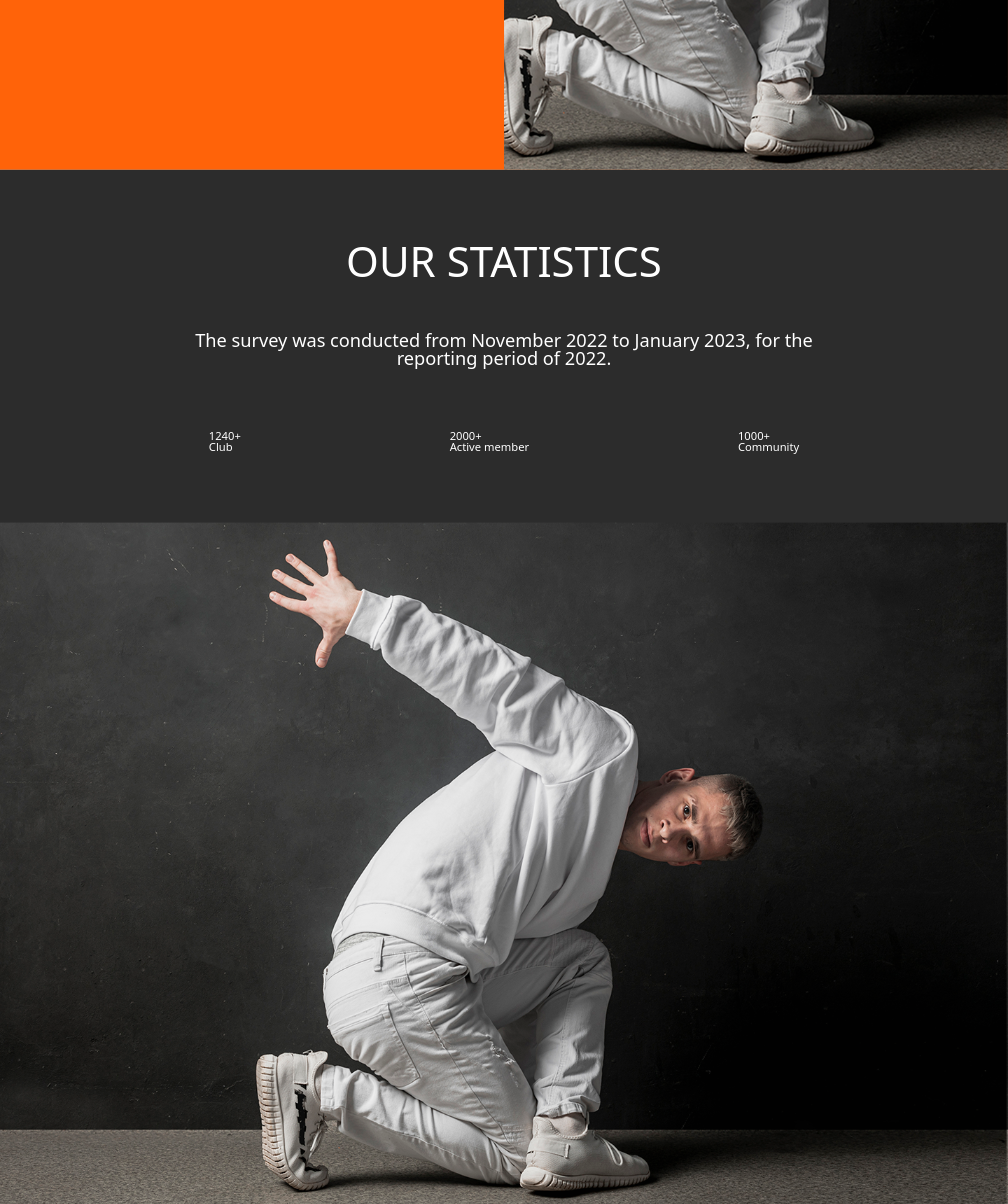
Repository: KinD2704/Web-University
Page: Bai30/index.html
The author's editor kept a copy of each file at every save. The page is drawn from the files as they stood at one save, then again after the next save.
The browser window is 1280 px wide. The page is 1440 px wide, so the pictures cover 1440 px, including what lies to the right of the window. The pictures show the part of the page from y = 4432 to 6152 px (the page is 6152 px tall), at 70% of full size.

Above is the page before, as saved 2023-12-23 22:19:35.

After the next save:
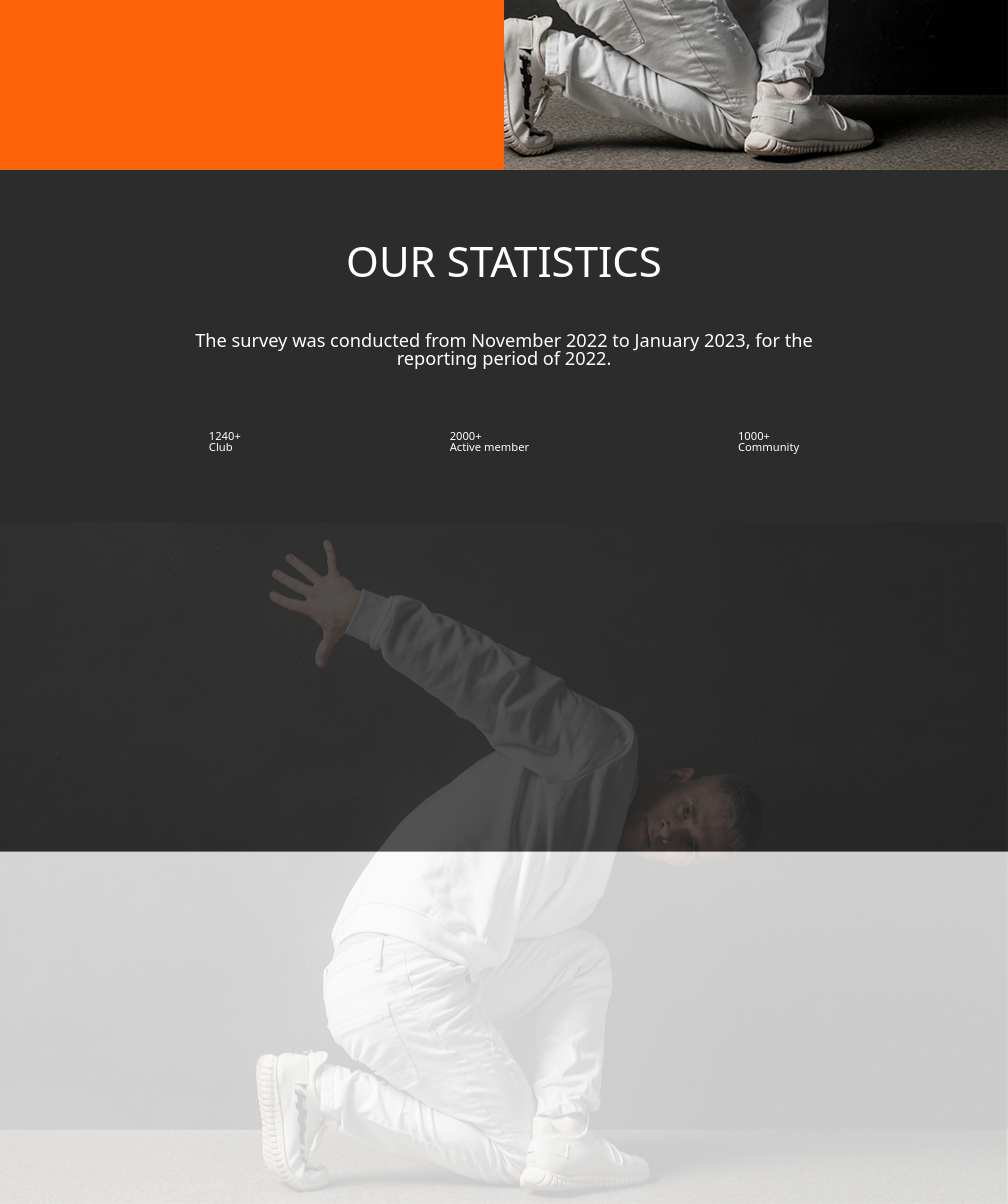
Saved 16 s later.
--- a/Bai30/css/styles.css
+++ b/Bai30/css/styles.css
@@ -209,9 +209,10 @@
 /* Banner 7 */
 .banner7 {
     background-image: url("../img/banner7.png");
+    opacity: 0.2;
     height: 974px;
 }
 .banner7-1 {
-    background-image: url("../img/banner7-1.png") !important;
-    height: 974px;
-}
+    background-image: url("../img/banner7-1.png");
+    height: 974px;
+}

After the save that followed:
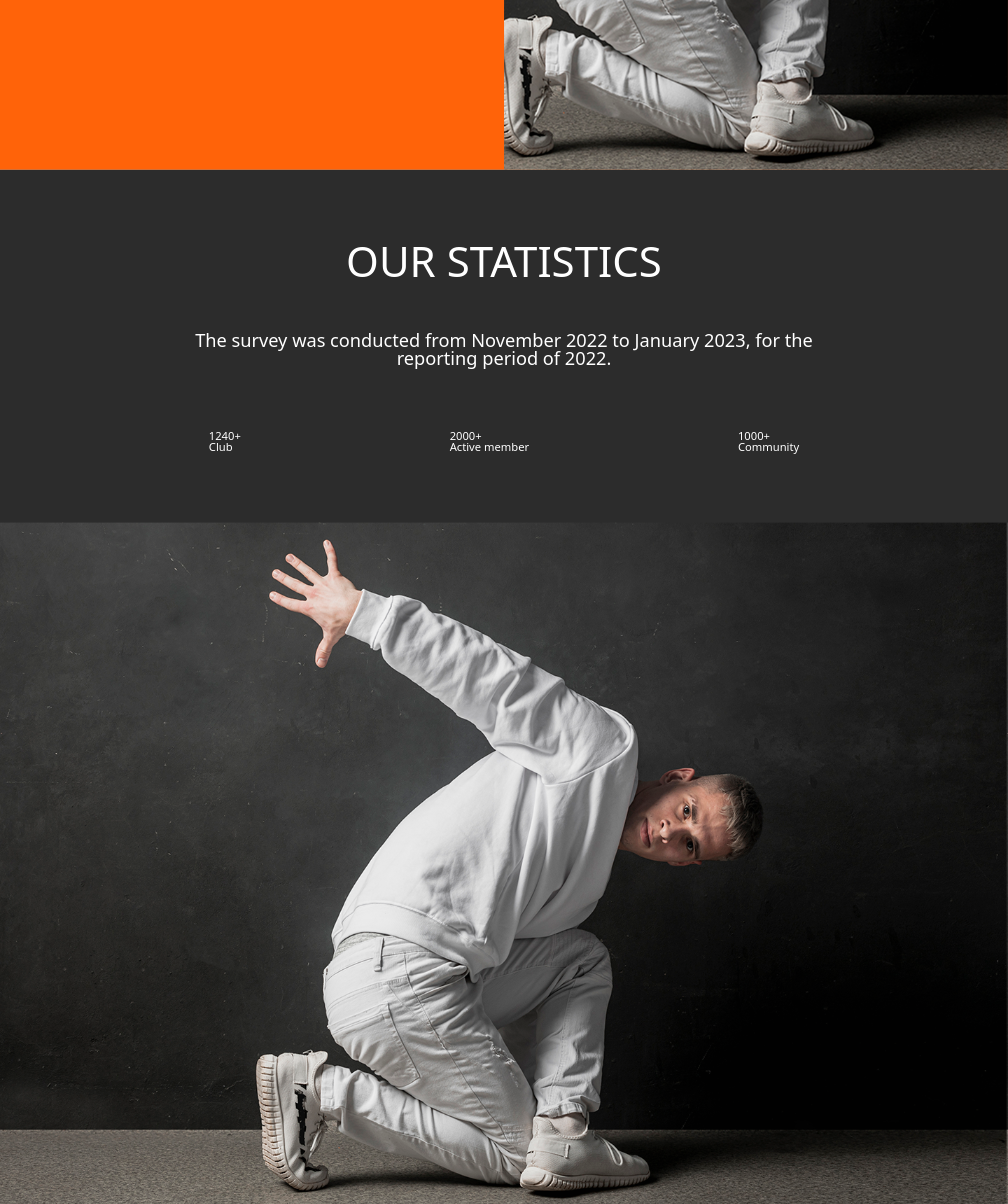
Saved 15 s later.
--- a/Bai30/css/styles.css
+++ b/Bai30/css/styles.css
@@ -209,7 +209,6 @@
 /* Banner 7 */
 .banner7 {
     background-image: url("../img/banner7.png");
-    opacity: 0.2;
     height: 974px;
 }
 .banner7-1 {
